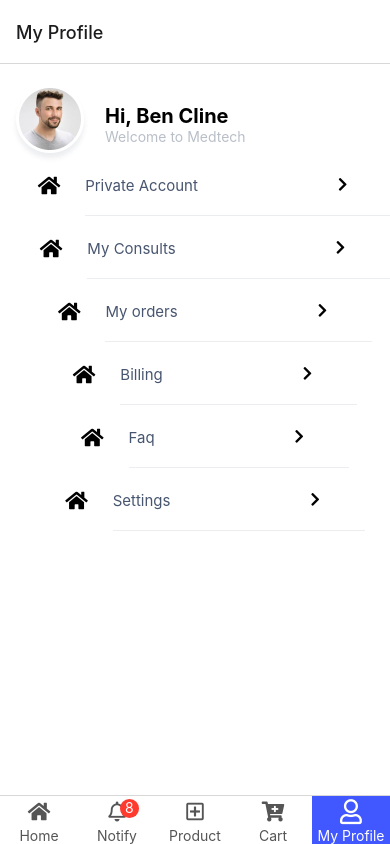
Repository: ntu34543/designReactNative
Screen: /My Profile
An editor plug-in stored every save of this project. The screen is shown before and after the next save, followed by the edit.
The app was drawn by React Native's web renderer in a window 390 px wide. The project was rebuilt for these pictures with package versions that can differ from the ones it lists, and the page was loaded fresh each time. Some packages were replaced by stand-ins written for this rebuild. Also part of the build but not shown: page/DiabetesCare.js, page/Notify.js, page/Cart.js.

Above is the screen before, as saved 2022-11-02 11:00:33.

After the next save:
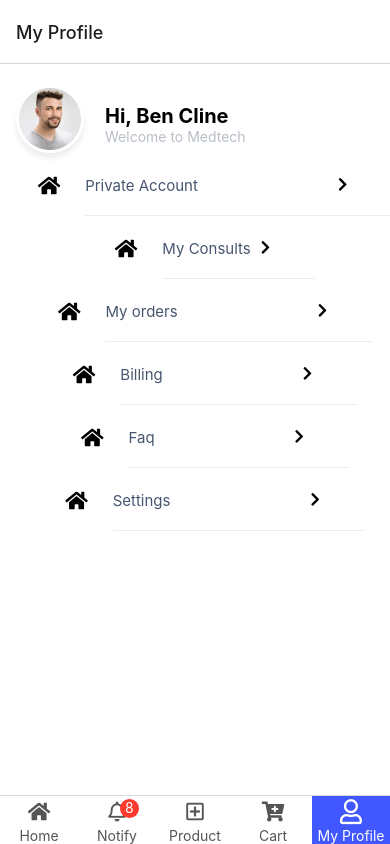
Saved 65 s later.
--- a/page/Profile.js
+++ b/page/Profile.js
@@ -131,7 +131,7 @@ const styles = StyleSheet.create({
     paddingLeft: 140,
   },
   iconChevron1 : {
-    paddingLeft: 160,
+    paddingLeft: 10,
   },
   iconChevron2 : {
     paddingLeft: 140,
